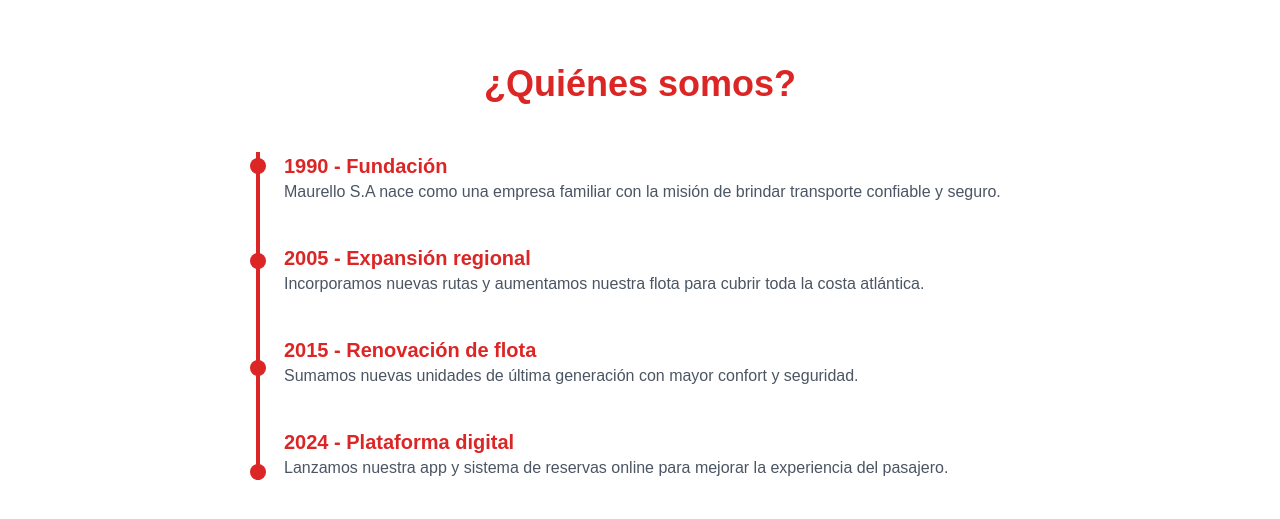
Repository: francoluca35/empresacolectivo
Page: /About
An editor plug-in stored every save of this project. The page is shown before and after a run of saves, followed by the edit.
The browser window is 1280 px wide. The pictures show the whole page.
The project was rebuilt for these pictures with package versions that can differ from the ones it lists, and the page was loaded fresh each time. The framework's server and built-in components were replaced by stand-ins that run in the browser. Also part of the build but not shown: next.config.js, next.config.mjs.

Above is the page before, as saved 2025-03-27 01:35:27.

### src/app/layout.js
import { Inter } from "next/font/google";
import "./globals.css"

const inter = Inter({
  subsets: ["latin"],
  variable: "--font-inter",
});

export const metadata = {
  title: "Create Next App",
  description: "Generated by create next app",
};

export default function RootLayout({ children }) {
  return (
    <html lang="en">
      <body className={inter.variable}>
        {children}
      </body>
    </html>
  );
}

### src/app/About/page.js
"use client";

export default function About() {
  return (
    <section className="bg-white py-16 px-4">
      <div className="max-w-screen-md mx-auto">
        <h2 className="text-4xl font-bold text-red-600 text-center mb-12">¿Quiénes somos?</h2>

        {/* Línea de tiempo */}
        <div className="relative border-l-4 border-red-600 pl-6 space-y-10">
          {/* ITEM 1 */}
          <div>
            <div className="absolute w-4 h-4 bg-red-600 rounded-full -left-2.5 top-1.5"></div>
            <h3 className="text-xl font-semibold text-red-600">1990 - Fundación</h3>
            <p className="text-gray-600">
              Maurello S.A nace como una empresa familiar con la misión de brindar transporte confiable y seguro.
            </p>
          </div>

          {/* ITEM 2 */}
          <div>
            <div className="absolute w-4 h-4 bg-red-600 rounded-full -left-2.5 top-[6.3rem]"></div>
            <h3 className="text-xl font-semibold text-red-600">2005 - Expansión regional</h3>
            <p className="text-gray-600">
              Incorporamos nuevas rutas y aumentamos nuestra flota para cubrir toda la costa atlántica.
            </p>
          </div>

          {/* ITEM 3 */}
          <div>
            <div className="absolute w-4 h-4 bg-red-600 rounded-full -left-2.5 top-[13rem]"></div>
            <h3 className="text-xl font-semibold text-red-600">2015 - Renovación de flota</h3>
            <p className="text-gray-600">
              Sumamos nuevas unidades de última generación con mayor confort y seguridad.
            </p>
          </div>

          {/* ITEM 4 */}
          <div>
            <div className="absolute w-4 h-4 bg-red-600 rounded-full -left-2.5 top-[19.5rem]"></div>
            <h3 className="text-xl font-semibold text-red-600">2024 - Plataforma digital</h3>
            <p className="text-gray-600">
              Lanzamos nuestra app y sistema de reservas online para mejorar la experiencia del pasajero.
            </p>
          </div>
        </div>
      </div>
    </section>
  );
}

### src/app/globals.css
@tailwind base;
@tailwind components;
@tailwind utilities;

@media (prefers-color-scheme: dark) {
  :root {
    --background: #4b4141;
    --foreground: #ededed;
  }
}

html,
body {
  max-width: 100vw;
  overflow-x: hidden;
}

body {
  color: var(--foreground);
  background: var(--background);
  font-family: Arial, Helvetica, sans-serif;
  -webkit-font-smoothing: antialiased;
  -moz-osx-font-smoothing: grayscale;
}

* {
  box-sizing: border-box;
  padding: 0;
  margin: 0;
}

a {
  color: inherit;
  text-decoration: none;
}

@media (prefers-color-scheme: dark) {
  html {
    color-scheme: dark;
  }
}

### tailwind.config.js
module.exports = {
  content: [
    "./src/app/**/*.{js,ts,jsx,tsx}",
    "./src/components/**/*.{js,ts,jsx,tsx}"
  ],
  theme: {
    extend: {},
  },
  plugins: [],
};

### src/app/Component/Navbar.js
"use client";
import Link from "next/link";
import Image from "next/image";
import { useState, useEffect } from "react";
import { useRouter } from "next/navigation";
import { FaBars, FaTimes, FaFacebookF, FaInstagram } from "react-icons/fa";

export default function Navbar() {
  const [isOpen, setIsOpen] = useState(false);
  const [time, setTime] = useState("");
  const router = useRouter(); // 👈 Hook para navegación

  const toggleMenu = () => {
    setIsOpen(!isOpen);
  };

  const goTo = (ruta) => {
    setIsOpen(false); // Cierra el menú móvil si está abierto
    router.push(ruta); // Navega a la ruta
  };

  useEffect(() => {
    const updateTime = () => {
      const now = new Date();
      const formatted = now.toLocaleString("es-AR", {
        weekday: "short",
        day: "2-digit",
        month: "2-digit",
        year: "numeric",
        hour: "2-digit",
        minute: "2-digit",
        second: "2-digit",
      });
      setTime(formatted);
    };

    updateTime();
    const interval = setInterval(updateTime, 1000);
    return () => clearInterval(interval);
  }, []);

  return (
    <div className="fixed top-0 left-0 w-full z-50">
      {/* Barra superior */}
      <div className="w-full bg-red-600 text-white text-sm py-2 px-6 flex flex-col md:flex-row md:justify-between md:items-center">
        <div className="text-center md:text-right font-medium">{time}</div>

        <div className="flex justify-center md:justify-start items-center space-x-4 mb-1 md:mb-0">
          <a
            href="https://www.instagram.com/tu_usuario"
            target="_blank"
            rel="noopener noreferrer"
            className="flex items-center space-x-1 hover:text-blue-400"
          >
            <FaInstagram className="text-white" />
            <span>Instagram</span>
          </a>
          <a
            href="https://www.facebook.com/tu_usuario"
            target="_blank"
            rel="noopener noreferrer"
            className="flex items-center space-x-1 hover:text-blue-400"
          >
            <FaFacebookF className="text-white" />
            <span>Facebook</span>
          </a>
        </div>
      </div>

      {/* Navbar principal */}
      <nav className="w-full bg-white text-white shadow-md">
        <div className="max-w-7xl mx-auto px-6 py-4 flex justify-between items-center">
          <img
            src="Assets/navbar.png"
            alt="Maurello S.A Logo"
            width={200}
            height={50}
            priority
          />

          {/* Navegación desktop */}
          <div className="hidden md:flex space-x-6 font-semibold">
            <button onClick={() => goTo("/")} className="hover:text-blue-400 transition text-red-600">Inicio</button>
            <button onClick={() => goTo("/About")} className="hover:text-blue-400 transition text-red-600">Nosotros</button>
            <button onClick={() => goTo("/#servicios")} className="hover:text-blue-400 transition text-red-600">Servicios</button>
            <button onClick={() => goTo("/#contacto")} className="hover:text-blue-400 transition text-red-600">Contacto</button>
          </div>

          {/* Botón hamburguesa */}
          <div className="md:hidden">
            <button onClick={toggleMenu} className="text-red-600">
              {isOpen ? <FaTimes className="h-6 w-6" /> : <FaBars className="h-6 w-6" />}
            </button>
          </div>
        </div>

        {/* Navegación móvil */}
        {isOpen && (
          <div className="md:hidden bg-white py-4 px-6">
            <div className="flex flex-col space-y-4">
              <button onClick={() => goTo("/")} className="hover:text-blue-400 transition text-red-600">Inicio</button>
              <button onClick={() => goTo("/About")} className="hover:text-blue-400 transition text-red-600">Nosotros</button>
              <button onClick={() => goTo("/#servicios")} className="hover:text-blue-400 transition text-red-600">Servicios</button>
              <button onClick={() => goTo("/#contacto")} className="hover:text-blue-400 transition text-red-600">Contacto</button>
            </div>
          </div>
        )}
      </nav>
    </div>
  );
}

After the next 2 saves:
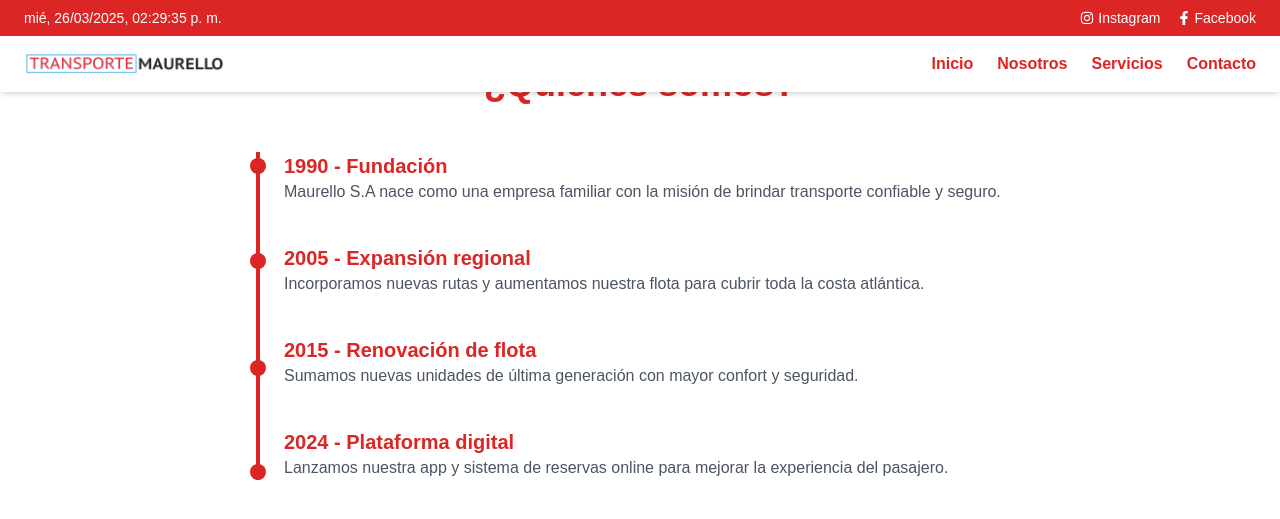
The 2 saves are shown as one change because 1 did not build or start.
The last was saved 44 s later.
--- a/src/app/About/page.js
+++ b/src/app/About/page.js
@@ -1,7 +1,9 @@
 "use client";
+import Navbar from "../Component/Navbar";
 
 export default function About() {
   return (
+    <><Navbar/>
     <section className="bg-white py-16 px-4">
       <div className="max-w-screen-md mx-auto">
         <h2 className="text-4xl font-bold text-red-600 text-center mb-12">¿Quiénes somos?</h2>
@@ -46,5 +48,6 @@
         </div>
       </div>
     </section>
+    </>
   );
 }
